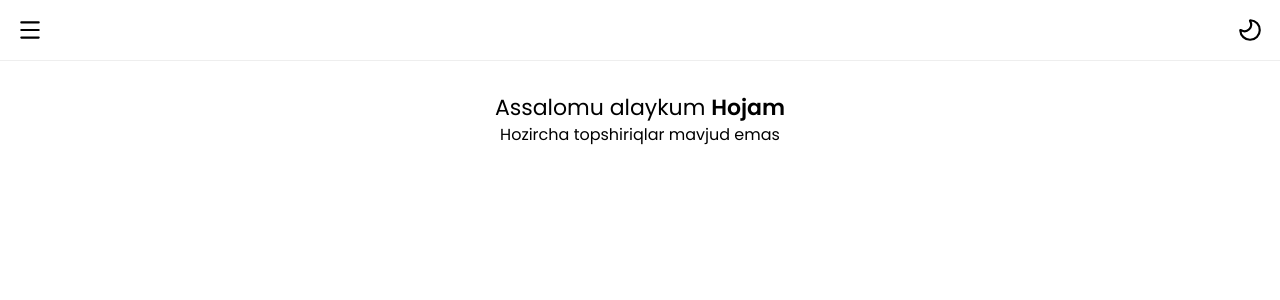
Repository: zaynobiddinovofficel-debug/KotibaAI
Page: / (app in web/)
An editor plug-in stored every save of this project. The page is shown before and after the next save, followed by the edit.
The browser window is 1280 px wide. The pictures show the whole page.
Some web fonts or font styles are not loaded; a fallback is used. The project was rebuilt for these pictures with package versions that can differ from the ones it lists, and the page was loaded fresh each time. Also part of the build but not shown: web/vite.config.js.

Above is the page before, as saved 2026-03-25 20:22:28.

After the next save:
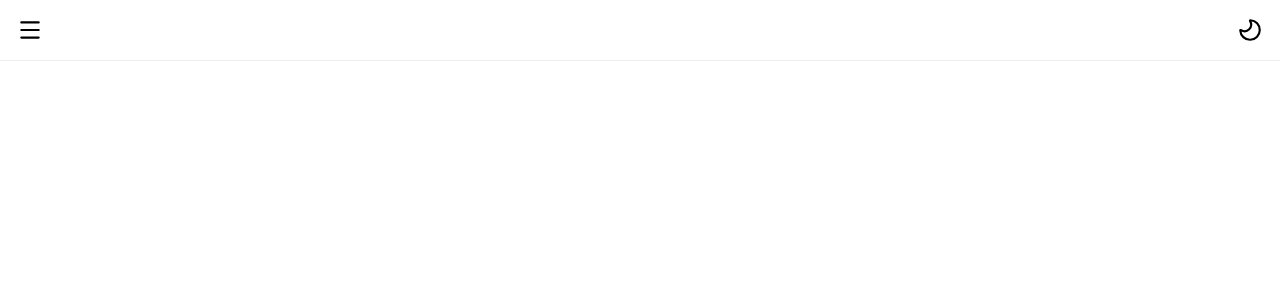
Saved 24 s later.
--- a/web/src/App.jsx
+++ b/web/src/App.jsx
@@ -15,7 +15,7 @@
         {isLight?<SunIcon className="size-6.5" />:<MoonIcon className="size-6.5 rotate-270" />}
       </Button>
     </div>
-    {tasks??
+    {tasks&&
     <div className="px-3 py-3 max-w-[1280px] w-full flex flex-col items-center my-6 text-center gap-2">
     <span className="text-[22px] leading-none">Assalomu alaykum <b className="font-[550]">
       {username==null?"Hojam":username}

After the save that followed:
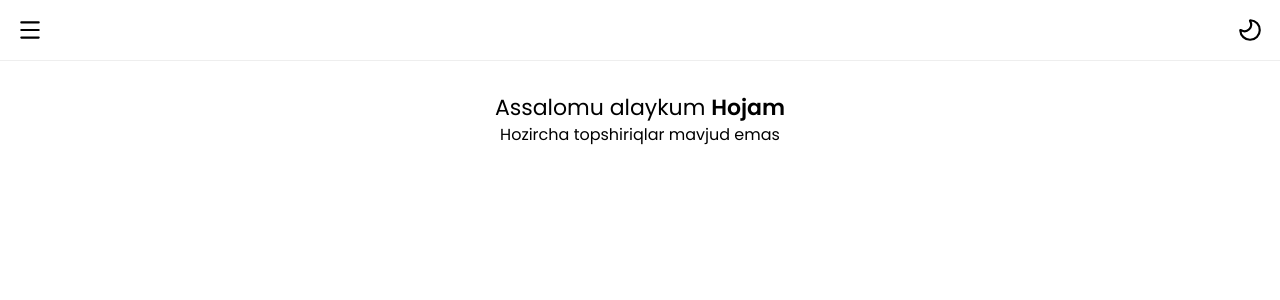
Saved 8 s later.
--- a/web/src/App.jsx
+++ b/web/src/App.jsx
@@ -15,7 +15,7 @@
         {isLight?<SunIcon className="size-6.5" />:<MoonIcon className="size-6.5 rotate-270" />}
       </Button>
     </div>
-    {tasks&&
+    {tasks==null&&
     <div className="px-3 py-3 max-w-[1280px] w-full flex flex-col items-center my-6 text-center gap-2">
     <span className="text-[22px] leading-none">Assalomu alaykum <b className="font-[550]">
       {username==null?"Hojam":username}
